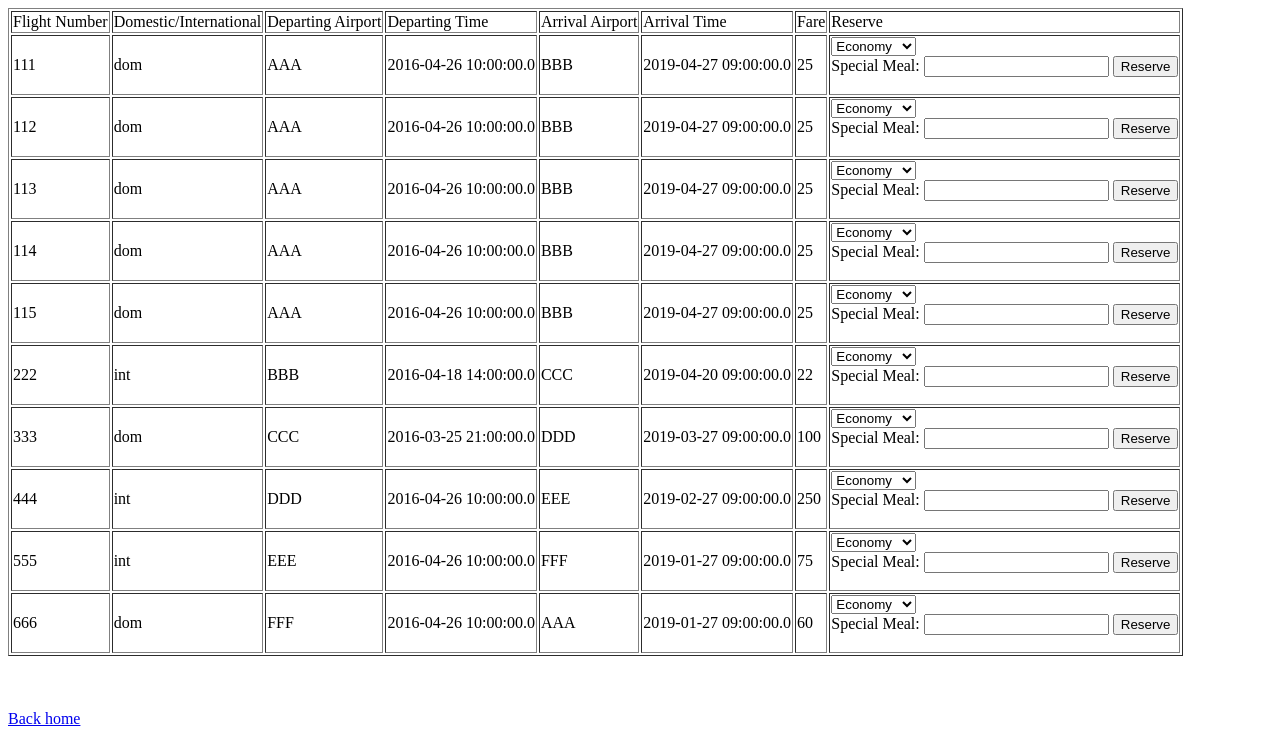
Repository: Pheazon/data_management
Page: http://localhost/cs336Final/customerReservation.jsp
An editor plug-in stored every save of this project. The page is shown before and after the next save, followed by the edit.
The browser window is 1280 px wide. The pictures show the whole page.
The page is served by Tomcat 9. The database holds what the project's SQL file puts in it.

Above is the page before, as saved 2019-12-13 04:36:38.

After the next save:
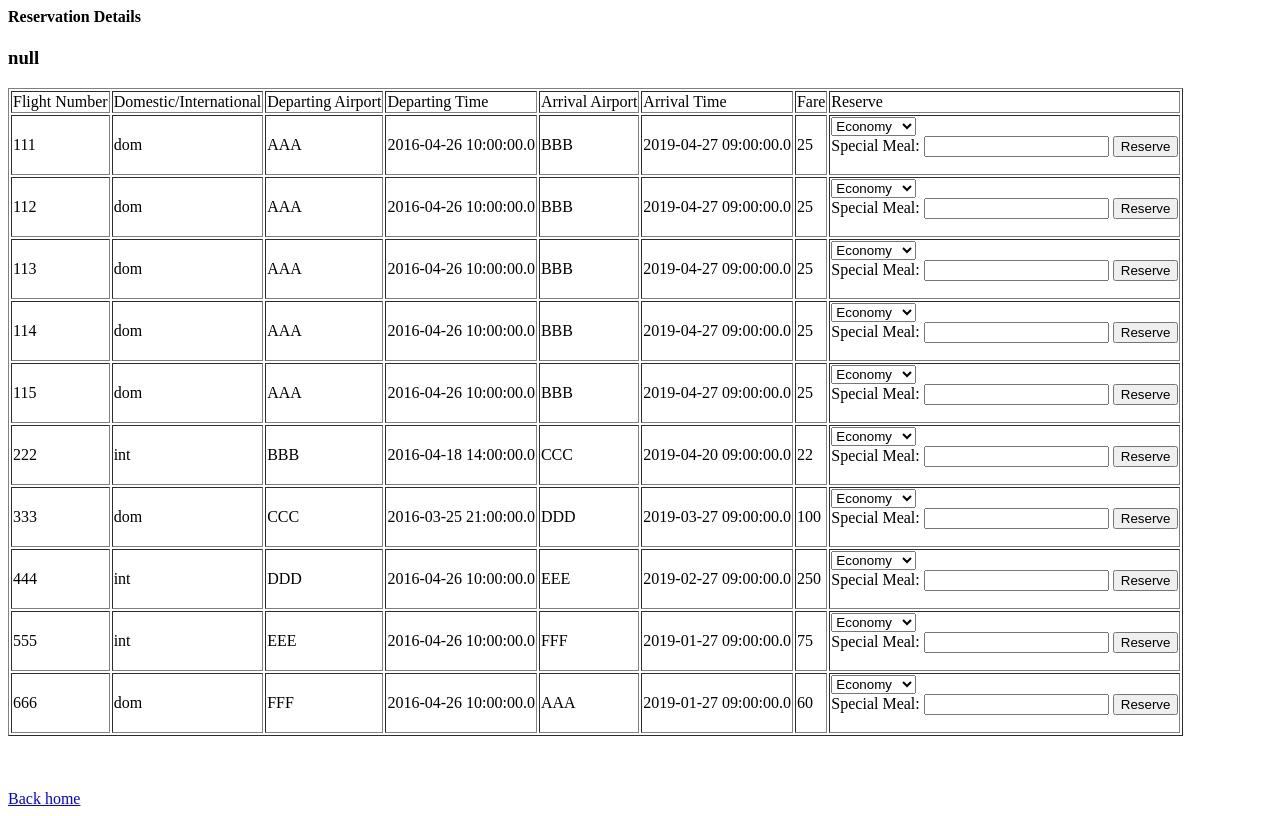
Saved 68 s later.
--- a/cs336Final/WebContent/customerReservation.jsp
+++ b/cs336Final/WebContent/customerReservation.jsp
@@ -2,7 +2,12 @@
 	pageEncoding="ISO-8859-1" import="com.cs336.pkg.*"%>
 <%@ page import="java.io.*,java.util.*,java.sql.*"%>
 <%@ page import="javax.servlet.http.*,javax.servlet.*"%>
+
+	<h4>Reservation Details</h4>
 <%
+	out.print("<h3>");
+	out.print(request.getParameter("FlightNum"));
+	out.print("</h3>");
 	//String url = "jdbc:mysql://cs336db.cdnjviplnzua.us-east-2.rds.amazonaws.com:3306/BarBeerDrinkerSample";
 	ApplicationDB db = new ApplicationDB();
 	Connection con = db.getConnection();
